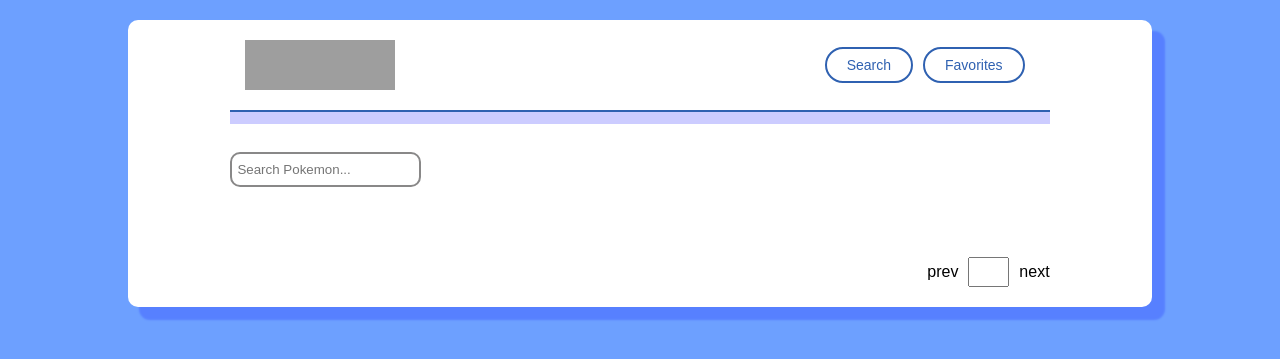
Repository: Rashiduulu/zeon-ithub-second-project
Page: index.html
The author's editor kept a copy of each file at every save. The page is drawn from the files as they stood at one save, then again after a run of saves.
The browser window is 1280 px wide. The pictures show the whole page.
The pointer rests on the first visible `.poke-search`.
Pictures or frames that could not be fetched are drawn as grey boxes. The page's requests for data from a server got no answer.

Above is the page before, as saved 2022-11-12 21:47:48.

After the next 2 saves:
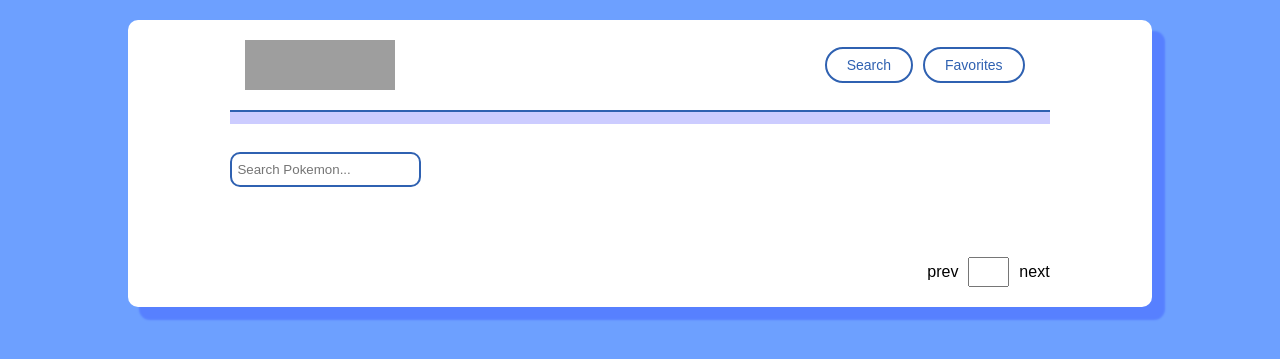
The 2 saves are shown as one change because they came seconds apart.
The last was saved 11 s later.
--- a/style.css
+++ b/style.css
@@ -88,6 +88,10 @@ a {
   outline: none;
 }
 
+.poke-search:hover {
+  border: 2px solid rgb(47, 97, 177);
+}
+
 .card {
   display: flex;
   justify-content: space-between;
